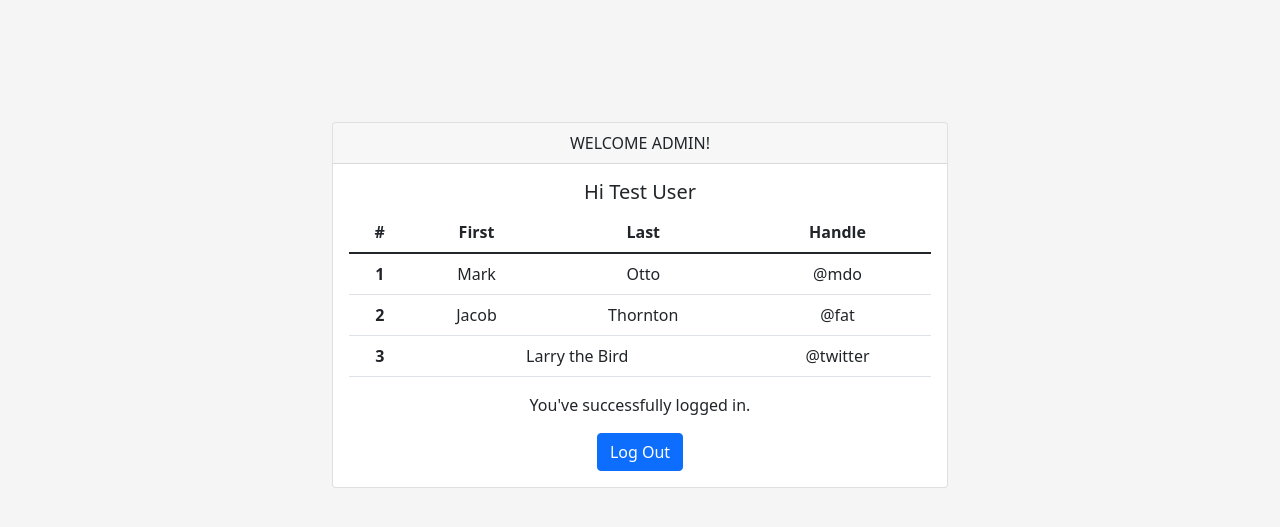
Repository: rabin-bhandari/LOGIN-SIGNUP
Page: http://localhost/welcome.php
These files come from the project's save history. The page is drawn as it stood at one moment and after the next save; the edit follows.
The browser window is 1280 px wide. The pictures show the whole page.
The page is run by PHP 8.4 with error messages shown; the project is at /var/www/html/. The session is filled in as if someone had signed in: {"email": "test@example.com", "first_name": "Test User", "last_name": "Test User", "id": 1, "admin": 1}. Other server files are loaded and not shown.

Above is the page before, as saved 2022-03-27 20:10:37.

### welcome.php
<?php

session_start();

if (isset($_SESSION['id']) && isset($_SESSION['email'])) {
?>
  <!DOCTYPE html>
  <html lang="en">

  <head>
    <!-- Required meta tags -->
    <meta charset="utf-8" />
    <meta name="viewport" content="width=device-width, initial-scale=1" />

    <!-- Bootstrap CSS -->
    <link href="https://cdn.jsdelivr.net/npm/bootstrap@5.1.3/dist/css/bootstrap.min.css" rel="stylesheet" integrity="sha384-1BmE4kWBq78iYhFldvKuhfTAU6auU8tT94WrHftjDbrCEXSU1oBoqyl2QvZ6jIW3" crossorigin="anonymous" />
    <link rel="stylesheet" href="main.css" />
    <title>Welcome Screen</title>
  </head>
  <?php
  if ($_SESSION['admin'] == 1) {
  ?>

    <body>

      <div class="container">
        <div class="card text-center">
          <div class="card-header">
            WELCOME ADMIN!
          </div>
          <div class="card-body">
            <h5 class="card-title">Hi <?php echo $_SESSION['first_name']; ?></h5>
            <table class="table table-hover">
              <thead CLASS=>
                <tr>
                  <th scope="col">#</th>
                  <th scope="col">First</th>
                  <th scope="col">Last</th>
                  <th scope="col">Handle</th>
                </tr>
              </thead>
              <tbody>
                <tr>
                  <th scope="row">1</th>
                  <td>Mark</td>
                  <td>Otto</td>
                  <td>@mdo</td>
                </tr>
                <tr>
                  <th scope="row">2</th>
                  <td>Jacob</td>
                  <td>Thornton</td>
                  <td>@fat</td>
                </tr>
                <tr>
                  <th scope="row">3</th>
                  <td colspan="2">Larry the Bird</td>
                  <td>@twitter</td>
                </tr>
              </tbody>
            </table>
            <p class="card-text">You've successfully logged in.</p>
            <a href="logout.php" class="btn btn-primary">Log Out</a>
          </div>
        </div>
      </div>
    </body>

  </html>
<?php
  } else {
?>

  <body>
    <div class="container">
      <div class="card text-center">
        <div class="card-header">
          WELCOME USER!
        </div>
        <div class="card-body">
          <h5 class="card-title">Hi <?php echo $_SESSION['first_name']; ?></h5>
          <p class="card-text">You've successfully logged in.</p>
          <a href="logout.php" class="btn btn-primary">Log Out</a>
        </div>
      </div>
    </div>
  </body>

  </html>
<?php

  }
} else {
  header("Location: index.php");
  exit();
}
?>

### main.css
body {
  display: flex;
  justify-content: center;
  align-items: center;
  padding-top: 10vh;
  background-color: #f5f5f5;
}

.container {
  display: table;
  max-width: 50vw;
  margin: 50px auto;
}

.nav-tabs .nav-link {
  margin-bottom: -2px;
}

form {
  padding: 30px;
  background-color: #fff;
}

After the next save:
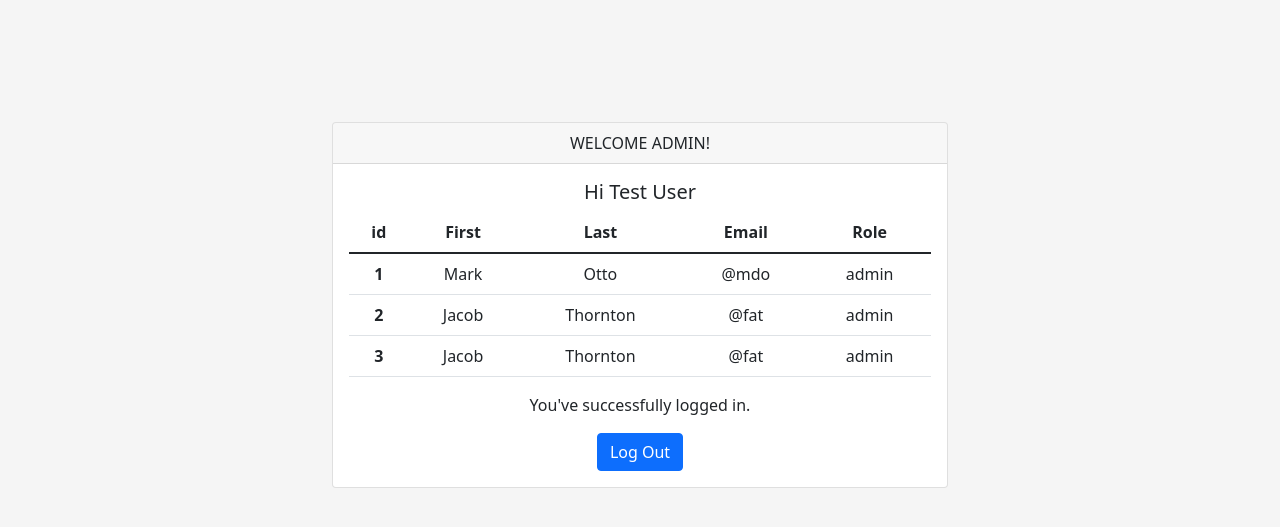
Saved 3 min 34 s later.
--- a/welcome.php
+++ b/welcome.php
@@ -33,10 +33,12 @@ if (isset($_SESSION['id']) && isset($_SESSION['email'])) {
             <table class="table table-hover">
               <thead CLASS=>
                 <tr>
-                  <th scope="col">#</th>
+                  <th scope="col">id</th>
                   <th scope="col">First</th>
                   <th scope="col">Last</th>
-                  <th scope="col">Handle</th>
+                  <th scope="col">Email</th>
+                  <th scope="col">Role</th>
+
                 </tr>
               </thead>
               <tbody>
@@ -45,17 +47,21 @@ if (isset($_SESSION['id']) && isset($_SESSION['email'])) {
                   <td>Mark</td>
                   <td>Otto</td>
                   <td>@mdo</td>
+                  <td>admin</td>
                 </tr>
                 <tr>
                   <th scope="row">2</th>
                   <td>Jacob</td>
                   <td>Thornton</td>
                   <td>@fat</td>
+                  <td>admin</td>
                 </tr>
                 <tr>
                   <th scope="row">3</th>
-                  <td colspan="2">Larry the Bird</td>
-                  <td>@twitter</td>
+                  <td>Jacob</td>
+                  <td>Thornton</td>
+                  <td>@fat</td>
+                  <td>admin</td>
                 </tr>
               </tbody>
             </table>
